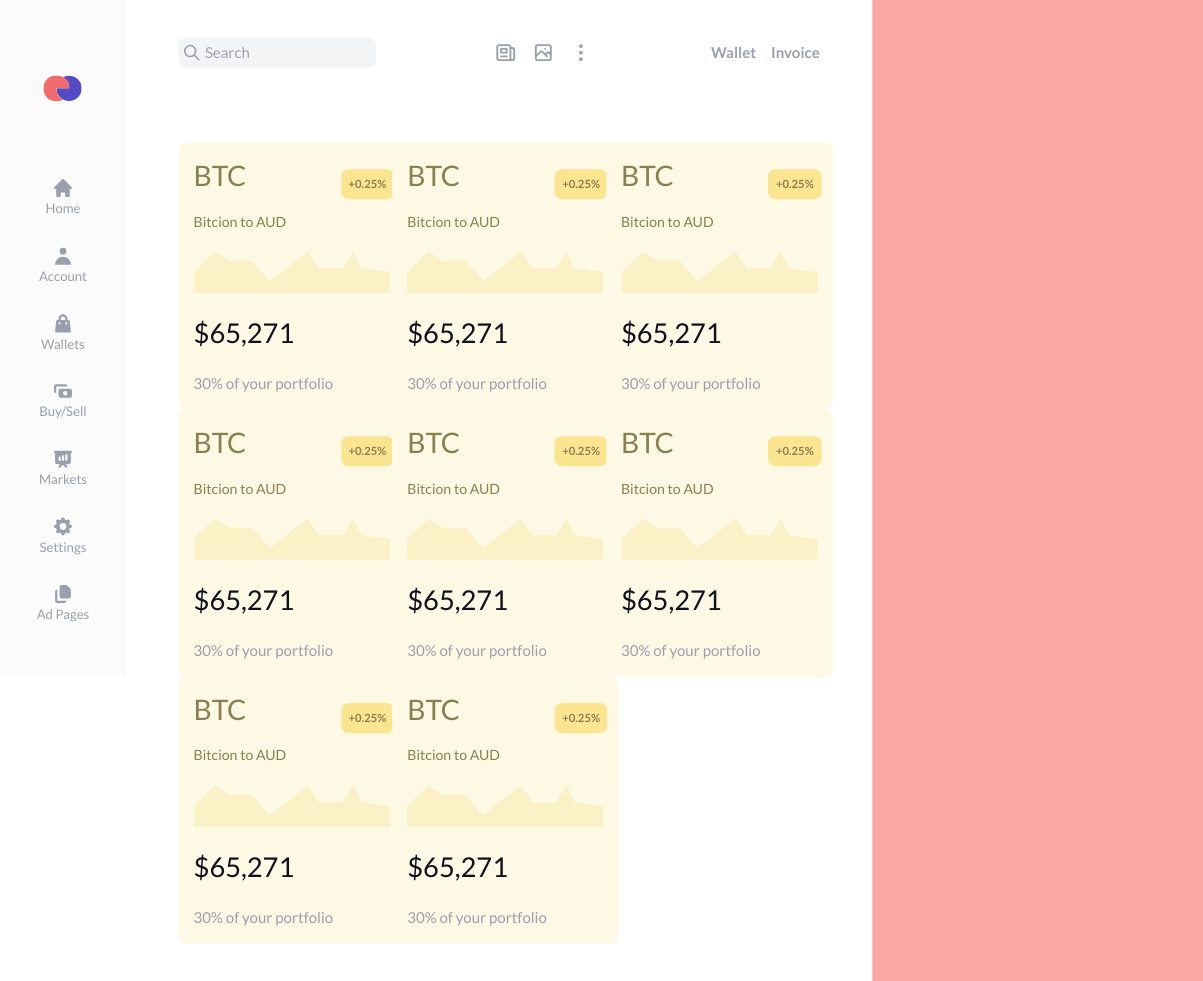
Repository: almaqdad55/crypto-app-nextjs
Page: /
The author's editor kept a copy of each file at every save. The page is drawn from the files as they stood at one save, then again after the next save.
The browser window is 1280 px wide. The pictures show the whole page, at 94% of full size.
The project was rebuilt for these pictures with package versions that can differ from the ones it lists, and the page was loaded fresh each time. The framework's server and built-in components were replaced by stand-ins that run in the browser.

Above is the page before, as saved 2022-01-04 21:04:26.

After the next save:
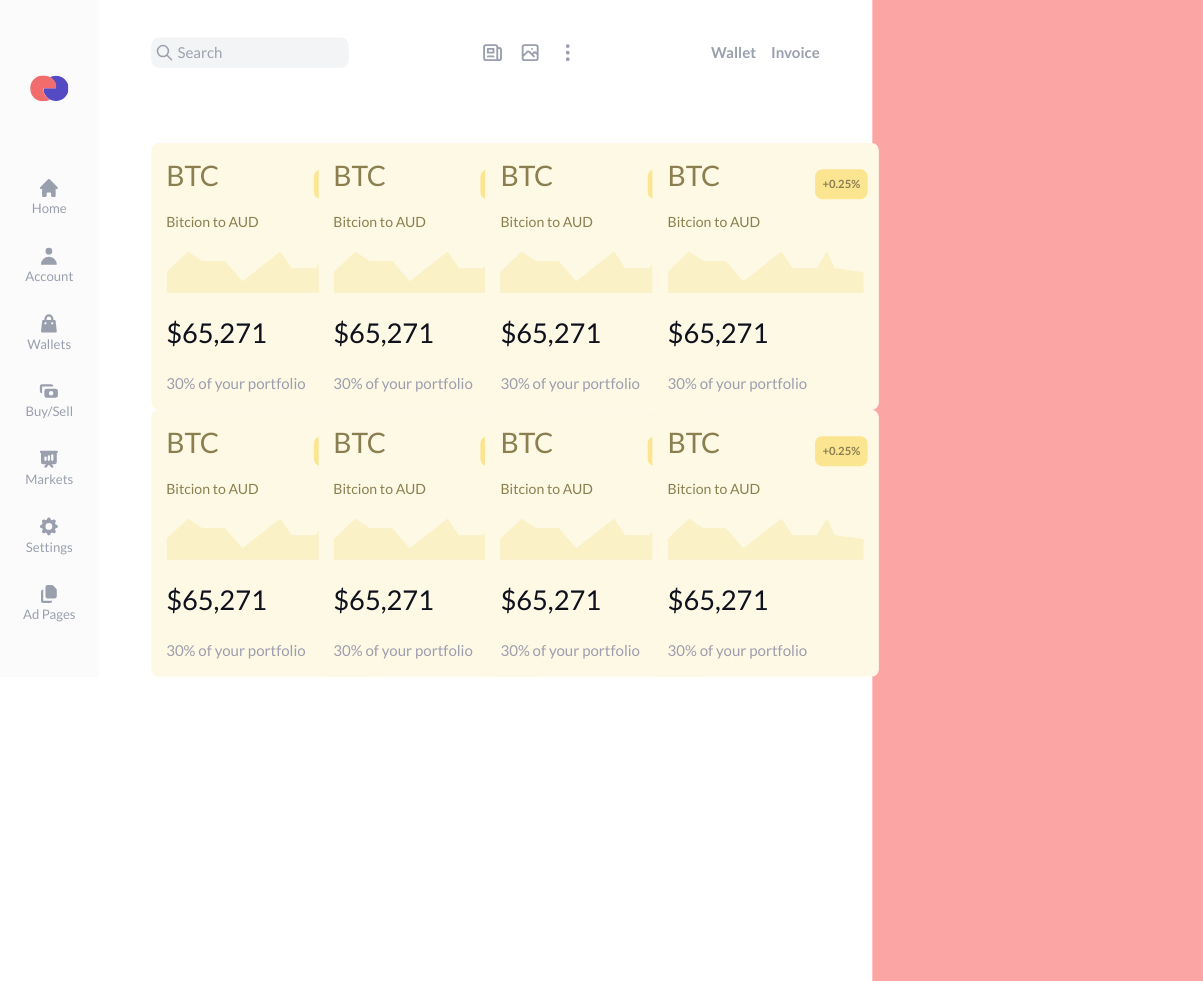
Saved 6 s later.
--- a/components/Feed.jsx
+++ b/components/Feed.jsx
@@ -33,7 +33,7 @@ const Feed = () => {
       </div>
 
       {/* Cards Display */}
-      <div className="grid grid-cols-3 grid-rows-3">
+      <div className="grid grid-cols-4 grid-rows-3">
         <Card />
         <Card />
         <Card />
